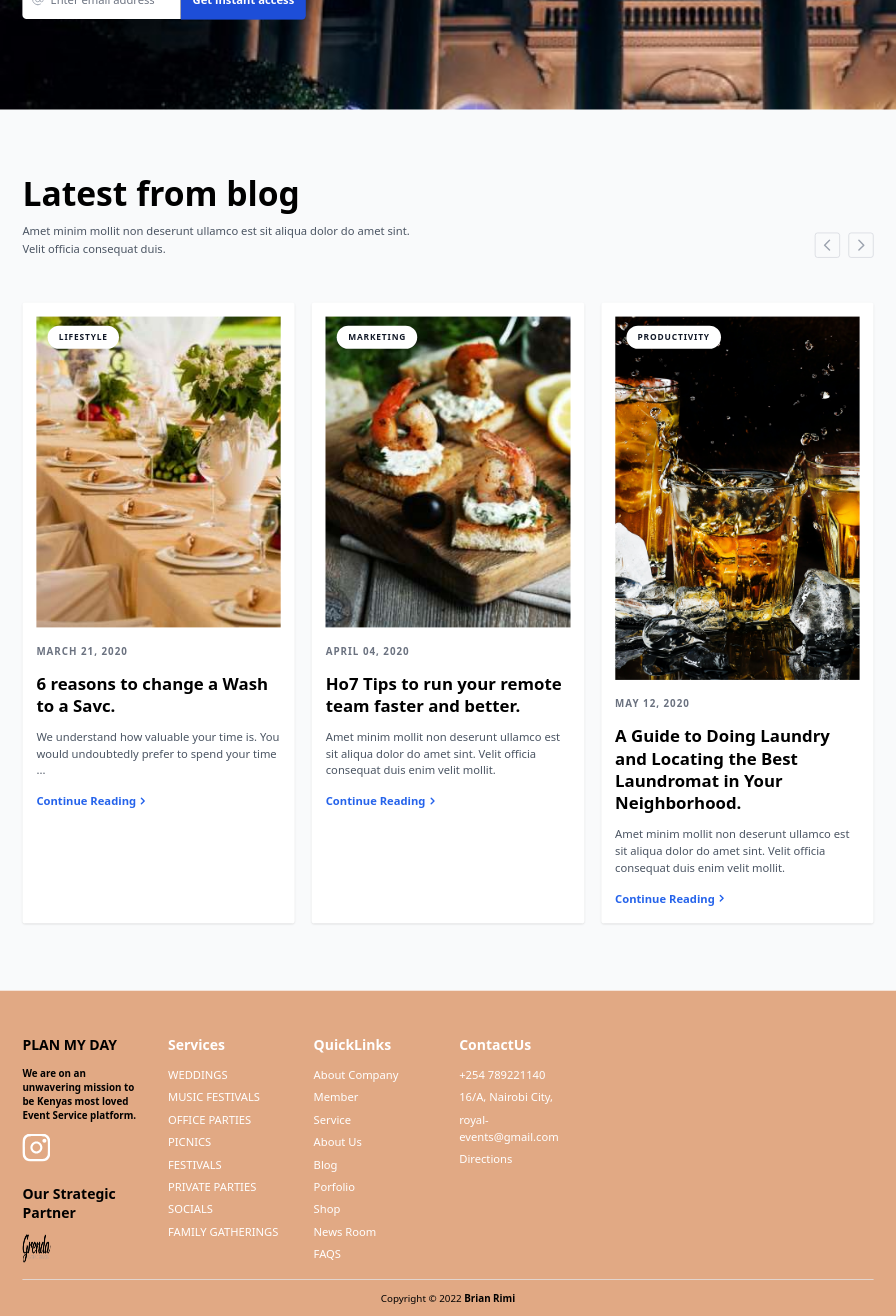
Repository: remydev47/grandes-events
Page: /
These files come from the project's save history. The page is drawn as it stood at one moment and after the next save; the edit follows.
The browser window is 1280 px wide. The pictures show the part of the page from y = 3646 to 5566 px (the page is 5526 px tall before and 5566 px after), at 70% of full size.
The project was rebuilt for these pictures with package versions that can differ from the ones it lists, and the page was loaded fresh each time. Also part of the build but not shown: vite.config.js, src/components/Team.jsx, src/components/Testimonials.jsx, src/components/Menu.jsx.

Above is the page before, as saved 2023-02-08 17:13:49.

After the next save:
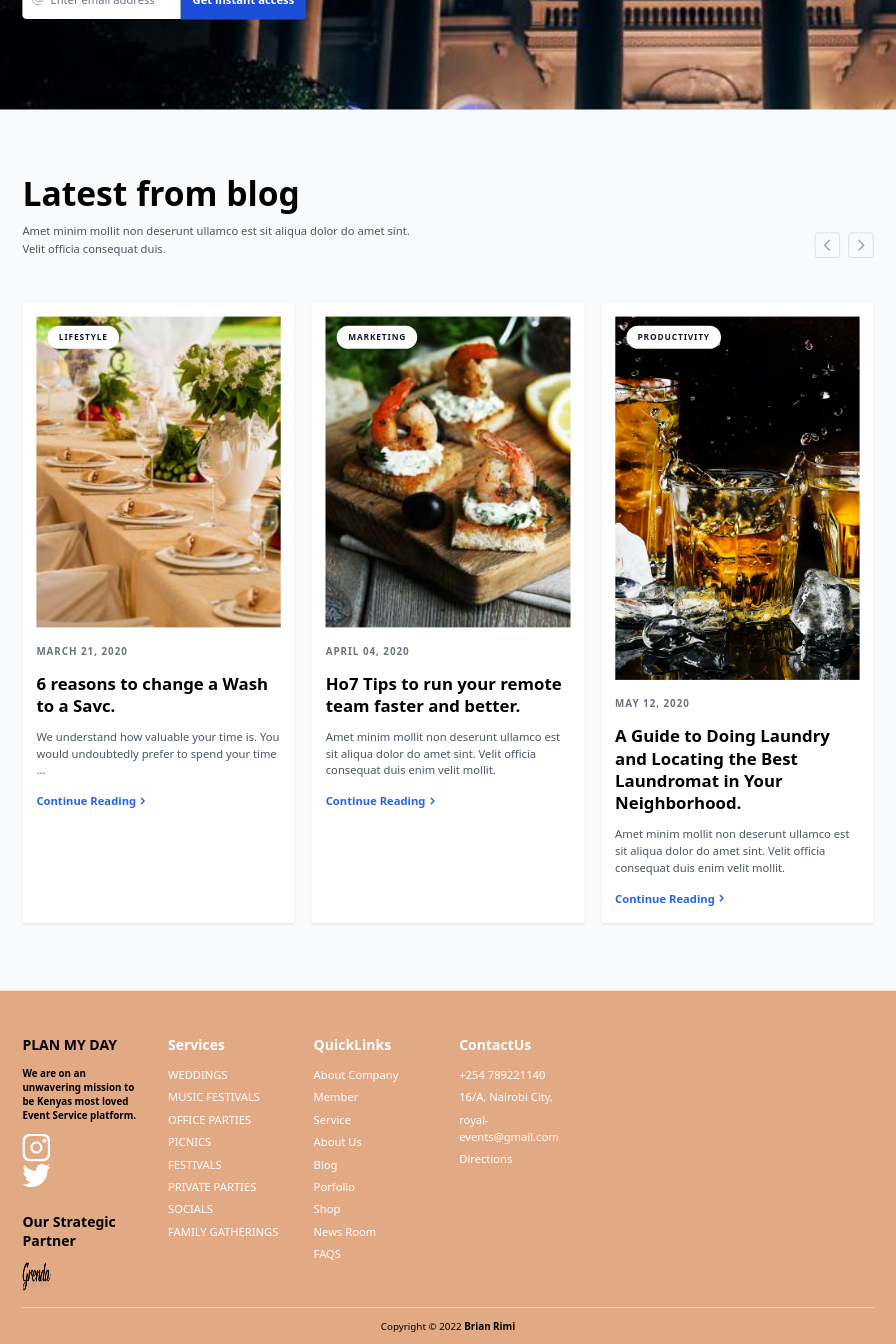
Saved 69 s later.
--- a/src/components/Footer.jsx
+++ b/src/components/Footer.jsx
@@ -1,5 +1,5 @@
 import React from 'react'
-import { instagram, logo } from '../assets';
+import { instagram, logo, twitter } from '../assets';
 
 const footerNav = {
     Services: [
@@ -150,6 +150,12 @@ const Footer = () => {
                       className="transition-all duration-150 text-white dark:fill-white "
                     >
                       <img src={instagram} className="h-[40px] w-[40px]"/>
+                    </a>
+                    <a
+                      href='#'
+                      className="transition-all duration-150 text-white dark:fill-white "
+                    >
+                      <img src={twitter} className="h-[40px] w-[40px]"/>
                     </a>
                   </li>
 
